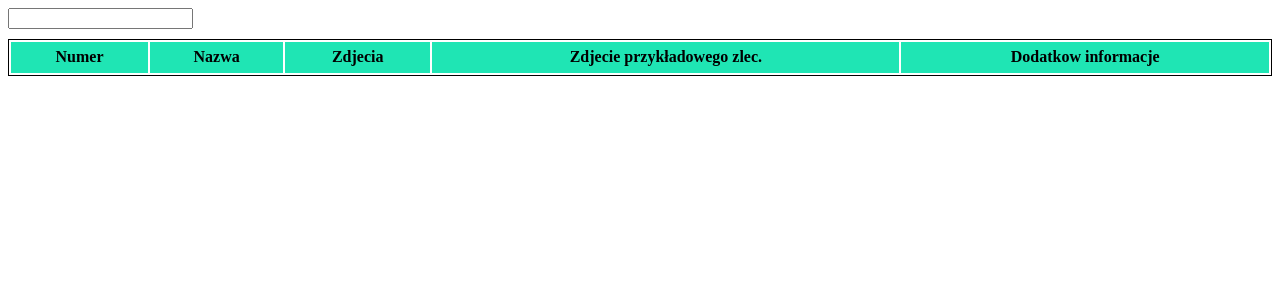
Repository: artek313/wyszukiwarka-sit
Page: index.html
An editor plug-in stored every save of this project. The page is shown before and after the next save, followed by the edit.
The browser window is 1280 px wide. The pictures show the whole page.

Above is the page before, as saved 2025-01-25 21:23:31.

After the next save:
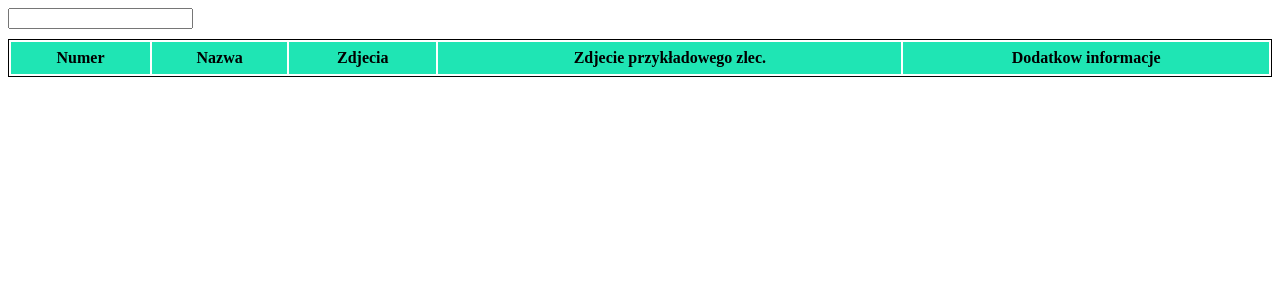
Saved 8 s later.
--- a/style.css
+++ b/style.css
@@ -8,7 +8,7 @@
 .table th,
 .table td {
 	padding: 6px;
-	border-bottom: 1px solid #1fe5b4;
+	border: 1px solid #1fe5b4;
 }
 
 .table th {
